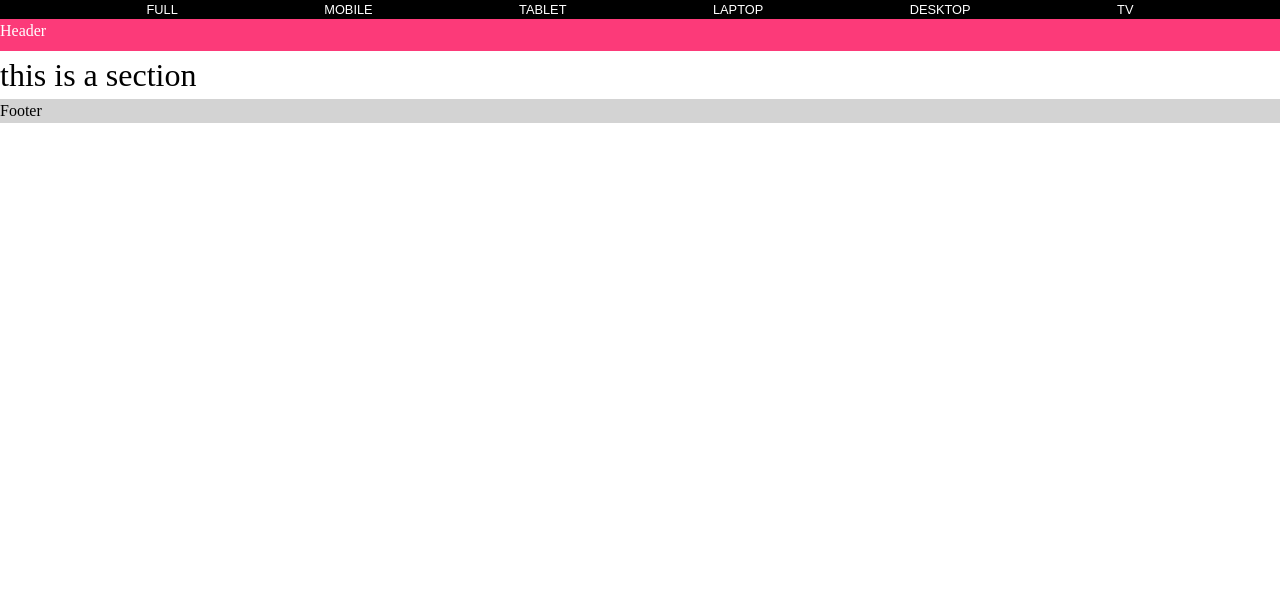
Repository: Terrycoco/coco-playground
Page: /
An editor plug-in stored every save of this project. The page is shown before and after the next save, followed by the edit.
The browser window is 1280 px wide. The pictures show the whole page.
The project was rebuilt for these pictures with package versions that can differ from the ones it lists, and the page was loaded fresh each time. The framework's server and built-in components were replaced by stand-ins that run in the browser. Also part of the build but not shown: next.config.js.

Above is the page before, as saved 2023-03-20 08:53:45.

### src/app/layout.js
//THIS FILE DEFINES BASIC HTML FOR WHOLE SITE
//YOU CAN OVERWRITE ANY METADATA IN INDIVIDUAL ROUTES ALSO
"use client";
import { Providers } from "./store/provider";
import "./globals.css";
import Header from "@/components/layout/Header.js";
import DeviceHeader from "@/components/layout/DeviceHeader";
import Footer from "@/components/layout/Footer";
import ScreenEmulator from "@/components/layout/ScreenEmulator";

//can't use metadata on files that use client
// export const metadata = {
//   title: "Theme Playground",
//   description: "Theme Playground By Coco",
// };

export default function RootLayout({ children }) {
  return (
    <html lang="en">
      <head>
        <title>Coco Theme Playground</title>
      </head>

      <body>
        <Providers>
          <>
            <DeviceHeader />
            <Header />
            {children}
            <Footer />
          </>
        </Providers>
      </body>
    </html>
  );
}

### src/app/page.js
"use client";
import { useSelector, useDispatch } from "react-redux";
import { selectTheme } from "./store/slices/themeSlice";

export default function Page() {
  const theme = useSelector(selectTheme);
  console.log("page recd theme:", theme);
  return (
    <main>
      <section>this is a section</section>
    </main>
  );
}

// <section id="theme" style={getContainerStyle("section")}>
// <h1 style={getHStyle("h1")}>
//   This the result of your Theme{"   "}
//   <span style={styles.smgray}>(h1)</span>
// </h1>
// <h2 style={getHStyle("h2")}>
//   Your Default Styles Are Shown{"   "}
//   <span style={styles.smgray}>(h2)</span>
// </h2>
// <h3 style={getHStyle("h3")}>
//   You selected {`${levCount - 1}`} levels of headings.
//   <span style={styles.smgray}>(h3)</span>
// </h3>

// <h4 style={getHStyle("h4")}>
//   I am a heading level 4 {"   "}
//   <span style={styles.smgray}>(h4)</span>
// </h4>

// <h5 style={getHStyle("h5")}>
//   I am a heading level 5{"   "}
//   <span style={styles.smgray}>(h5)</span>
// </h5>

// <h6 style={getHStyle("h6")}>
//   I am a heading level 6{"   "}
//   <span style={styles.smgray}>(h6)</span>
// </h6>

// <p data-el="p" style={getTextStyle("p")}>
//   Your theme settings will show up here. These are the default styles
//   for each element, which will be consistent across your project. You
//   can, of course, alter them for individual elements as you see fit.{" "}
//   <span style={styles.smgray}>(p)</span>
// </p>
// <p data-el="p" style={getTextStyle("p")}>
//   This is the paragraph element. To set the font scale among the
//   different headings and at different screen resolutions, go to{" "}
//   <b>SCALE</b>. The rest of the paragraph settings can be found by
//   clicking <b>TEXT</b> <span style={styles.smgray}>(p)</span>
// </p>

// <p data-el="p" style={getTextStyle("p")}>
//   Don't like the spacing? Click <b>CONTAINERS</b> to set default padding
//   and margins for container elements like sections, the header and
//   footer, between paragraphs, etc.{" "}
//   <span style={styles.smgray}>(p)</span>
// </p>
// </section>
// <section id="colors" style={getContainerStyle("section")}>
// <h1 style={getHStyle("h1")}>
//   This the result of your Theme{"   "}
//   <span style={styles.smgray}>(h1)</span>
// </h1>
// <h2 style={getHStyle("h2")}>
//   Your Default Styles Are Shown{"   "}
//   <span style={styles.smgray}>(h2)</span>
// </h2>
// <h3 style={getHStyle("h3")}>
//   You selected {`${levCount - 1}`} levels of headings.
//   <span style={styles.smgray}>(h3)</span>
// </h3>

// <h4 style={getHStyle("h4")}>
//   I am a heading level 4 {"   "}
//   <span style={styles.smgray}>(h4)</span>
// </h4>

// <h5 style={getHStyle("h5")}>
//   I am a heading level 5{"   "}
//   <span style={styles.smgray}>(h5)</span>
// </h5>

// <h6 style={getHStyle("h6")}>
//   I am a heading level 6{"   "}
//   <span style={styles.smgray}>(h6)</span>
// </h6>

// <p data-el="p" style={getTextStyle("p")}>
//   Your typography styles will show up here. These are the default styles
//   for each element, which will be consistent across your project. You
//   can, of course, alter them for individual elements as you see fit.{" "}
//   <span style={styles.smgray}>(p)</span>
// </p>
// <p data-el="p" style={getTextStyle("p")}>
//   This is the paragraph element. To set the font scale among the
//   different headings and at different screen resolutions, go to{" "}
//   <b>SCALE</b>. The rest of the paragraph settings can be found by
//   clicking <b>TYPOGRAPHY</b> <span style={styles.smgray}>(p)</span>
// </p>

// <p data-el="p" style={getTextStyle("p")}>
//   Don't like the spacing? Click <b>SPACING</b> to set default padding
//   and margins for elements like sections, the header and footer, between
//   paragraphs, etc. <span style={styles.smgray}>(p)</span>
// </p>
// </section>

### src/app/store/provider.js
"use client";

import { Provider } from "react-redux";
import store from "./store";

export function Providers({ children }) {
  return <Provider store={store}>{children}</Provider>;
}

### src/app/globals.css
@import "./reset.css";

:root {
  font-size: 1rem;
}
body {
  margin: 0;
  min-height: 100vh;
}

header {
  background-color: black;
  color: white;
}

footer {
  background-color: lightgray;
  color: black;
}

section {
  font-size: 2rem;
}

### src/components/layout/Header.js
"use client";
import React from "react";
import { useSelector } from "react-redux";
import { selectTheme } from "@/slices/themeSlice";
import { selectVariables } from "@/slices/variablesSlice";

function Header() {
  const theme = useSelector(selectTheme);
  const variables = useSelector(selectVariables);

  const getHeaderStyles = () => {
    let styles = { ...theme.containers.header };
    styles.backgroundColor = variables[styles.backgroundColor];
    return styles;
  };

  return <header style={getHeaderStyles()}>Header</header>;
}

export default Header;

### src/components/layout/DeviceHeader.js
"use client";
import { useState, useEffect } from "react";
import { useSelector, useDispatch } from "react-redux";
import {
  selectCurrentDevice,
  updateCurrentDevice,
  updateIsFullScreen,
  selectIsFullScreen,
} from "@/slices/uiSlice";
import { selectDevices } from "@/slices/themeSlice";
import css from "./layout.module.css";

const DeviceHeader = () => {
  const currentDevice = useSelector(selectCurrentDevice);
  const fullScreen = useSelector(selectIsFullScreen);
  const dispatch = useDispatch();
  const devices = useSelector(selectDevices);
  const [userSize, setUserSize] = useState();
  const [userDevice, setUserDevice] = useState();

  useEffect(() => {
    setUserSize(window.innerWidth); //TODO MAKE RESPONSIVE
    setUserDevice(getUserDevice(window.innerWidth, devices));
  }, []);

  const styles = {
    header: {
      fontFamily: "Arial",
    },
    menu: {
      display: "flex",
      flexDirection: "row",
      justifyContent: "space-evenly",
    },
    li: {
      textTransform: "uppercase",
      fontSize: ".8rem",
    },
  };

  const handleSelect = (e) => {
    const dev = e.target.id;
    if (dev === "full") {
      dispatch(updateIsFullScreen(true));
      dispatch(updateCurrentDevice(userDevice));
    } else {
      dispatch(updateCurrentDevice(dev));
      dispatch(updateIsFullScreen(false));
    }
  };

  return (
    <header style={styles.header}>
      <menu style={styles.menu}>
        <li
          id="full"
          style={styles.li}
          onClick={handleSelect}
          className={css.li}
        >
          Full
        </li>
        <li id="mobile" style={styles.li} className={css.li}>
          mobile
        </li>
        <li id="tablet" style={styles.li} className={css.li}>
          tablet
        </li>
        <li id="laptop" style={styles.li} className={css.li}>
          laptop
        </li>
        <li id="desktop" style={styles.li} className={css.li}>
          desktop
        </li>
        <li id="tv" style={styles.li} className={css.li}>
          tv
        </li>
      </menu>
    </header>
  );
};

export default DeviceHeader;

function getUserDevice(size, devices) {
  for (const d in devices) {
    if (devices[d].min <= size && size <= devices[d].max) {
      return d;
    }
  }
}

### src/components/layout/Footer.js
"use client";
import React from "react";

const Footer = () => {
  return <footer>Footer</footer>;
};

export default Footer;

### src/app/store/slices/themeSlice.js
"use client";

import { createSlice, createSelector } from "@reduxjs/toolkit";
import { HYDRATE } from "next-redux-wrapper";
import { currentTheme } from "@/themes";

const initialState = {
  headingCount: currentTheme.headingCount,
  fonts: currentTheme.fonts,
  colors: currentTheme.colors,
  colorVariants: currentTheme.colorVariants,
  devices: currentTheme.devices,
  deviceElements: currentTheme.deviceElements,
  text: currentTheme.text,
  containers: currentTheme.containers,
};

export const themeSlice = createSlice({
  name: "theme",
  initialState,
  reducers: {
    updateText(state, action) {
      state.text[action.payload.element][action.payload.propName] =
        action.payload.value;
    },

    extraReducers: {
      [HYDRATE]: (state, action) => {
        return {
          ...state,
          ...action.payload.theme,
        };
      },
    },
  },
});

export const { updateText } = themeSlice.actions;
export const selectTheme = (state) => state.theme;
export const selectText = (state) => state.theme.text;
export const selectDevices = (state) => state.theme.devices;
export const selectDeviceElements = (state) => state.theme.deviceElements;
export default themeSlice.reducer;

### src/app/store/store.js
"use client"; //anything that will access redux must use client
import { configureStore } from "@reduxjs/toolkit";
import { themeSlice } from "./slices/themeSlice";
import { variablesSlice } from "./slices/variablesSlice";
import { uiSlice } from "./slices/uiSlice";

// config the store
const store = configureStore({
  reducer: {
    [themeSlice.name]: themeSlice.reducer,
    [variablesSlice.name]: variablesSlice.reducer,
    [uiSlice.name]: uiSlice.reducer,
  },
});

// export default the store
console.log("store:", store.getState());
export default store;

### src/app/reset.css
/* Box sizing rules */
*,
*::before,
*::after {
  box-sizing: border-box;
}

/* Remove default margin */
main,
html,
body,
h1,
h2,
h3,
h4,
h5,
h6,
p,
figure,
blockquote,
dl,
dd {
  margin: 0;
  padding: 0;
}

/* Remove list styles on ul, ol elements with a list role, which suggests default styling will be removed */
ul,
menu,
ol {
  list-style: none;
}

/* remove discs from list items */
li {
  list-style-type: none;
}

/* Set core root defaults */
html:focus-within {
  scroll-behavior: smooth;
}

/* Set core body defaults */
body {
  min-height: 100vh;
  text-rendering: optimizeSpeed;
  line-height: 1.5;
}

/* A elements that don't have a class get default styles */
a:not([class]) {
  text-decoration-skip-ink: auto;
}

/* Make images easier to work with */
img,
picture {
  max-width: 100%;
  display: block;
}

menu {
  margin-block-start: 0em;
  margin-block-end: 0em;
  margin-inline-start: 0px;
  margin-inline-end: 0px;
  padding-inline-start: 0px;
}

/* Inherit fonts for inputs and buttons */
input,
button,
textarea,
select {
  font: inherit;
}

/* remove any default font props */
body,
h1,
h2,
h3,
h4,
h5,
h6,
p {
  letter-spacing: normal;
  word-spacing: normal;
  line-height: 1.5;
  font-optical-sizing: auto;
}

/* Remove all animations, transitions and smooth scroll for people that prefer not to see them */
@media (prefers-reduced-motion: reduce) {
  html:focus-within {
    scroll-behavior: auto;
  }

  *,
  *::before,
  *::after {
    animation-duration: 0.01ms !important;
    animation-iteration-count: 1 !important;
    transition-duration: 0.01ms !important;
    scroll-behavior: auto !important;
  }
}

### src/app/store/slices/variablesSlice.js
import { createSlice } from "@reduxjs/toolkit";
import { HYDRATE } from "next-redux-wrapper";
import { currentTheme } from "@/themes";
import { updateColor, updateFont } from "@/app/store/sharedActions";

function toCSS(key) {
  var result = key.replace(/([A-Z])/g, " $1");
  return result.split(" ").join("-").toLowerCase();
}

const getFontVariable = (fontName) => {
  let str = fontName.replaceAll(" ", "-").toLowerCase();
  return `var(--font-${str})`;
};

const loadInitVariables = () => {
  let variables = {};
  let section, prefix;

  //fonts
  section = "fonts";
  prefix = "var(--font-";
  for (const key in currentTheme[section]) {
    variables[`${prefix}${key})`] = getFontVariable(currentTheme[section][key]);
  }

  //colors
  section = "colors";
  prefix = "var(--clr-";
  for (const key in currentTheme[section]) {
    variables[`${prefix}${key})`] = toCSS(currentTheme[section][key]);
  }

  //color variants
  section = "colorVariants";
  prefix = "var(--clr-";
  for (const key in currentTheme[section]) {
    variables[`${prefix}${key})`] = toCSS(currentTheme[section][key]);
  }

  return variables;
};

const initialState = loadInitVariables();

export const variablesSlice = createSlice({
  name: "variables",
  initialState,
  reducers: {
    updateVariable(state, action) {
      state[action.payload.key] = action.payload.value;
    },
  },
  extraReducers: (builder) => {
    builder
      .addCase(updateColor, (state, action) => {
        action.payload.map((obj) => {
          state[obj.themeVar] = obj.value;
        });
      })
      .addCase(updateFont, (state, action) => {
        console.log("got here:", action.payload);
        //theme variable (ie body) has been updated to another font
        state[action.payload.themeVar] = action.payload.fontVar;
      });
  },
});

export const { updateVariable } = variablesSlice.actions;
export const selectVariables = (state) => state.variables;
export default variablesSlice.reducer;

### src/app/store/slices/uiSlice.js
"use client";

//slice for ui state

import { createSlice, createSelector } from "@reduxjs/toolkit";
import { HYDRATE } from "next-redux-wrapper";

const initialState = {
  currentForm: "",
  currentDevice: "",
  isFullScreen: true,
  isDrawerOpen: false,
  currentTab: 1,
};

export const uiSlice = createSlice({
  name: "ui",
  initialState,
  reducers: {
    updateCurrentForm(state, action) {
      state.currentForm = action.payload;
    },
    updateCurrentTab(state, action) {
      state.currentTab = action.payload;
    },
    updateCurrentDevice(state, action) {
      state.currentDevice = action.payload;
    },
    updateIsDrawerOpen(state, action) {
      state.isDrawerOpen = action.payload;
    },
    updateIsFullScreen(state, action) {
      state.isFullScreen = action.payload;
    },

    extraReducers: {
      [HYDRATE]: (state, action) => {
        return {
          ...state,
          ...action.payload.ui,
        };
      },
    },
  },
});

export const {
  updateCurrentForm,
  updateCurrentDevice,
  updateCurrentTab,
  updateIsDrawerOpen,
  updateIsFullScreen,
} = uiSlice.actions;
export const selectCurrentDevice = (state) => state.currentDevice;
export const selectCurrentTab = (state) => state.currentTab;
export const selectCurrentForm = (state) => state.currentForm;
export const selectIsDrawerOpen = (state) => state.isDrawerOpen;
export const selectIsFullScreen = (state) => state.isFullScreen;
export default uiSlice.reducer;

### src/components/layout/layout.module.css
.li:hover {
  font-weight: 700;
}

### src/themes/index.js
import init from "./init";

module.exports = { currentTheme: init };

### src/app/store/sharedActions.js
import { createAction } from "@reduxjs/toolkit";
const varKeys = [75, 50, 25, 10, 5];

const updateColor = createAction("UPDATE_COLOR", function prepare(obj) {
  //any time theme color is updated, so are variants so pass those in with the payload
  console.log("shared updateColor", obj);
  let key = obj.key;
  let payloadVal = [];
  let newhex = obj.value;
  if (key !== "error" && key !== "whitish") {
    varKeys.map((pct) => {
      let variantKey = `${key}${pct}`;
      let val = getPctOfHex(newhex, pct);
      payloadVal.push({
        key: variantKey,
        value: val,
        section: "variants",
        themeVar: `var(--clr-${variantKey})`,
      });
    });
  }
  //push original one
  payloadVal.push({
    key: key,
    value: newhex,
    section: "themed",
    themeVar: `var(--clr-${key})`,
  });
  //console.log("newpayload:", payloadVal);
  return { payload: payloadVal };
});

const updateFont = createAction("UPDATE_FONT", function prepare(obj) {
  console.log("fontobj:", obj);
  /*shape of font payload
      propName: "body",
      name: "Gelasio",
      themeVar: "var(--font-body)",
      fontVar: "var(--font-gelasio)" */

  return { payload: obj };
});

module.exports = { updateColor, updateFont };

// util functions to calculate variant values --------------
function hexToHSL(H) {
  // Convert hex to RGB first
  let r = 0,
    g = 0,
    b = 0;
  if (H.length == 4) {
    r = "0x" + H[1] + H[1];
    g = "0x" + H[2] + H[2];
    b = "0x" + H[3] + H[3];
  } else if (H.length == 7) {
    r = "0x" + H[1] + H[2];
    g = "0x" + H[3] + H[4];
    b = "0x" + H[5] + H[6];
  }
  // Then to HSL
  r /= 255;
  g /= 255;
  b /= 255;
  let cmin = Math.min(r, g, b),
    cmax = Math.max(r, g, b),
    delta = cmax - cmin,
    h = 0,
    s = 0,
    l = 0;

  if (delta == 0) h = 0;
  else if (cmax == r) h = ((g - b) / delta) % 6;
  else if (cmax == g) h = (b - r) / delta + 2;
  else h = (r - g) / delta + 4;

  h = Math.round(h * 60);

  if (h < 0) h += 360;

  l = (cmax + cmin) / 2;
  s = delta == 0 ? 0 : delta / (1 - Math.abs(2 * l - 1));
  s = +(s * 100).toFixed(1);
  l = +(l * 100).toFixed(1);

  return { h: h, s: s, l: l };
}
function getPctOfHex(hex, pct) {
  //incoming pct is pct opacity of orig color
  let inverted = 100 - pct;
  //convert incoming to hsl
  let hsl = hexToHSL(hex);

  //current lightness is 0%;
  let currentLightPct = hsl.l;
  let remainingLightPct = 100 - currentLightPct;
  let onepct = remainingLightPct / 100;
  let desiredPct = onepct * inverted + currentLightPct;
  let result = HSLToHex(hsl.h, hsl.s, desiredPct);
  return result;
}
function HSLToHex(h, s, l) {
  s /= 100;
  l /= 100;

  let c = (1 - Math.abs(2 * l - 1)) * s,
    x = c * (1 - Math.abs(((h / 60) % 2) - 1)),
    m = l - c / 2,
    r = 0,
    g = 0,
    b = 0;

  if (0 <= h && h < 60) {
    r = c;
    g = x;
    b = 0;
  } else if (60 <= h && h < 120) {
    r = x;
    g = c;
    b = 0;
  } else if (120 <= h && h < 180) {
    r = 0;
    g = c;
    b = x;
  } else if (180 <= h && h < 240) {
    r = 0;
    g = x;
    b = c;
  } else if (240 <= h && h < 300) {
    r = x;
    g = 0;
    b = c;
  } else if (300 <= h && h < 360) {
    r = c;
    g = 0;
    b = x;
  }
  // Having obtained RGB, convert channels to hex
  r = Math.round((r + m) * 255).toString(16);
  g = Math.round((g + m) * 255).toString(16);
  b = Math.round((b + m) * 255).toString(16);

  // Prepend 0s, if necessary
  if (r.length == 1) r = "0" + r;
  if (g.length == 1) g = "0" + g;
  if (b.length == 1) b = "0" + b;

  return "#" + r + g + b;
}

### src/themes/init.js
//to use, import this file and set this as currentTheme in /src/themes/index
const headingCount = 1;

const fonts = {
  body: "Times",
  display: "Times",
  special: "Times",
  mono: "Times",
  forms: "Arial",
};

const deviceElements = {
  mobile: {
    body: {
      fontSize: "18",
      lineHeight: "1.5",
    },
    h1: {
      fontSize: "40",
      lineHeight: "1.16",
    },
  },
  tablet: {
    body: {
      fontSize: "19",
      lineHeight: "1.5",
    },
    h1: {
      fontSize: "40",
      lineHeight: "1.16",
    },
  },
  laptop: {
    body: {
      fontSize: "20",
      lineHeight: "1.329",
    },
    h1: {
      fontSize: "52",
      lineHeight: "1.16",
    },
  },
  desktop: {
    body: {
      fontSize: "24",
      lineHeight: "1.345",
    },
    h1: {
      fontSize: "57",
      lineHeight: "1.16",
    },
  },

  tv: {
    body: {
      fontSize: "28",
      lineHeight: "1.391",
    },
    h1: {
      fontSize: "67",
      lineHeight: "1.031",
    },
  },
};

const devices = {
  mobile: {
    min: 320,
    max: 479,
  },

  tablet: {
    min: 480,
    max: 767,
  },

  laptop: {
    min: 768,
    max: 1023,
  },

  desktop: {
    min: 1024,
    max: 1999,
  },

  tv: {
    min: 1200,
    max: 9999,
  },
};

const colors = {
  primary: "#fc3a79",
  secondary: "#fe572e",
  blackish: "#261f22",
  whitish: "#f5f5f4",
  error: "#dc2626",
};

const colorVariants = {
  primary75: "#fd6b99",
  primary50: "#fe9dbb",
  primary25: "#fecedd",
  primary10: "#ffebf1",
  primary5: "#fff5f8",
  secondary75: "#fe8162",
  secondary50: "#feab96",
  secondary25: "#ffd5cb",
  secondary10: "#ffeeea",
  secondary5: "#fff7f5",
  blackish75: "#635158",
  blackish50: "#9c868f",
  blackish25: "#cdc2c7",
  blackish10: "#ebe7e9",
  blackish5: "#f5f3f4",
};

const containers = {
  header: {
    backgroundColor: "var(--clr-primary)",
    height: "2rem",
    paddingRight: "0rem",
    paddingLeft: "0rem",
  },
  main: {
    paddingTop: "2rem",
    paddingRight: "0rem",
    paddingBottom: "0rem",
    paddingLeft: "0rem",
  },
  section: {
    paddingTop: "0rem",
    paddingRight: "0rem",
    paddingBottom: "0rem",
    paddingLeft: "0rem",
  },
  article: {
    paddingTop: "0rem",
    paddingRight: "0rem",
    paddingBottom: "0rem",
    paddingLeft: "0rem",
  },
  aside: {
    paddingTop: "0rem",
    paddingRight: "0rem",
    paddingBottom: "0rem",
    paddingLeft: "0rem",
  },
  footer: {
    backgroundColor: "var(--clr-primary50)",
    color: "var(--clr-blackish)",
    height: "0rem",
    paddingTop: "0rem",
    paddingRight: "0rem",
    paddingBottom: "0rem",
    paddingLeft: "0rem",
  },
};

const text = {
  p: {
    color: "var(--clr-blackish)",
    fontFamily: "var(--font-body)",
    fontWeight: "400",
    fontSize: "var(--fs-body)",
    lineHeight: "var(--lh-body)",
    letterSpacing: "0px",
    wordSpacing: "0px",
    maxWidth: "60ch",
    marginBottom: "1rem",
  },

  h1: {
    color: "var(--clr-blackish)",
    fontFamily: "var(--font-display)",
    fontWeight: "400",
    fontSize: "var(--fs-h1)",
    lineHeight: "var(--lh-h1)",
    letterSpacing: "-1.5px",
    wordSpacing: "-5px",
    maxWidth: "60ch",
    marginBottom: "1rem",
  },

  h2: {
    color: "var(--clr-blackish)",
    fontFamily: "var(--font-display)",
    fontWeight: "400",
    fontSize: "var(--fs-h2)",
    lineHeight: "var(--lh-h2)",
    letterSpacing: "-1.5px",
    wordSpacing: "-5px",
    maxWidth: "60ch",
    marginBottom: "1rem",
  },

  h3: {
    color: "var(--clr-blackish)",

    fontFamily: "var(--font-display)",

    fontWeight: "400",

    fontSize: "1rem",

    lineHeight: "150%",

    letterSpacing: "-1.5px",

    wordSpacing: "-5px",
    maxWidth: "60ch",
    marginBottom: "1rem",
  },

  h4: {
    color: "var(--clr-blackish)",

    fontFamily: "var(--font-display)",

    fontWeight: "400",

    fontSize: "1rem",

    lineHeight: "150%",

    letterSpacing: "-1.5px",

    wordSpacing: "-5px",
    maxWidth: "60ch",
    marginBottom: "1rem",
  },

  h5: {
    color: "var(--clr-blackish)",

    fontFamily: "var(--font-display)",

    fontWeight: "400",

    fontSize: "1rem",

    lineHeight: "150%",

    letterSpacing: "-1.5px",

    wordSpacing: "-5px",
    maxWidth: "60ch",
    marginBottom: "1rem",
  },

  h6: {
    color: "var(--clr-blackish)",

    fontFamily: "var(--font-display)",

    fontWeight: "400",

    fontSize: "1rem",

    lineHeight: "150%",

    letterSpacing: "-1.5px",

    wordSpacing: "-5px",
    marginBottom: "1rem",
  },

  small: {
    color: "var(--clr-blackish)",
    fontFamily: "var(--font-forms)",
    fontWeight: "400",
    fontSize: "var(--fs-sm)",
    lineHeight: "1",
    letterSpacing: "-1.5px",
    wordSpacing: "-5px",
    maxWidth: "60ch",
    marginBottom: "0rem",
  },
};

const theme = {
  headingCount,
  colors,
  colorVariants,
  fonts,
  deviceElements,
  devices,
  containers,
  text,
};

module.exports = {
  headingCount,
  colors,
  colorVariants,
  fonts,
  deviceElements,
  devices,
  containers,
  text,
  theme,
};

### src/components/layout/ScreenEmulator.js
import { useState, useEffect } from "react";
import { useSelector } from "react-redux";
import { selectCurrentDevice, selectIsFullScreen } from "@/slices/uiSlice";
import { selectDevices, selectDeviceElements } from "@/slices/themeSlice";

const ScreenEmulator = ({ children, ...props }) => {
  const [width, setWidth] = useState("400px");
  const isFullScreen = useSelector(selectIsFullScreen);
  const device = useSelector(selectCurrentDevice);
  const devices = useSelector(selectDevices);
  const [baseFontSize, setBaseFontSize] = useState();
  const fontSizes = useSelector(selectDeviceElements);

  //get some valid heights
  useEffect(() => {
    if (device !== undefined) {
      setWidth(devices[device].min + 100 + "px");
      setBaseFontSize(fontSizes[device].body.fontSize + "px");
    }
  }, [device]);

  const getScreenStyles = () => {
    return {
      border: "1px solid darkgray",
      width: `${width}`,
      fontSize: `${baseFontSize}`,
      paddingLeft: "1rem",
      paddingRight: "2rem",
      paddingTop: "2rem",
      height: "550px",
      overflow: "scroll",
      borderRadius: "10px",
      boxShadow: "rgba(213, 217, 217, 0.5) 0 2px 5px 0",
    };
  };

  if (isFullScreen) return <>{children}</>;
  else return <div style={getScreenStyles()}>{children}</div>;
};

export default ScreenEmulator;

After the next save:
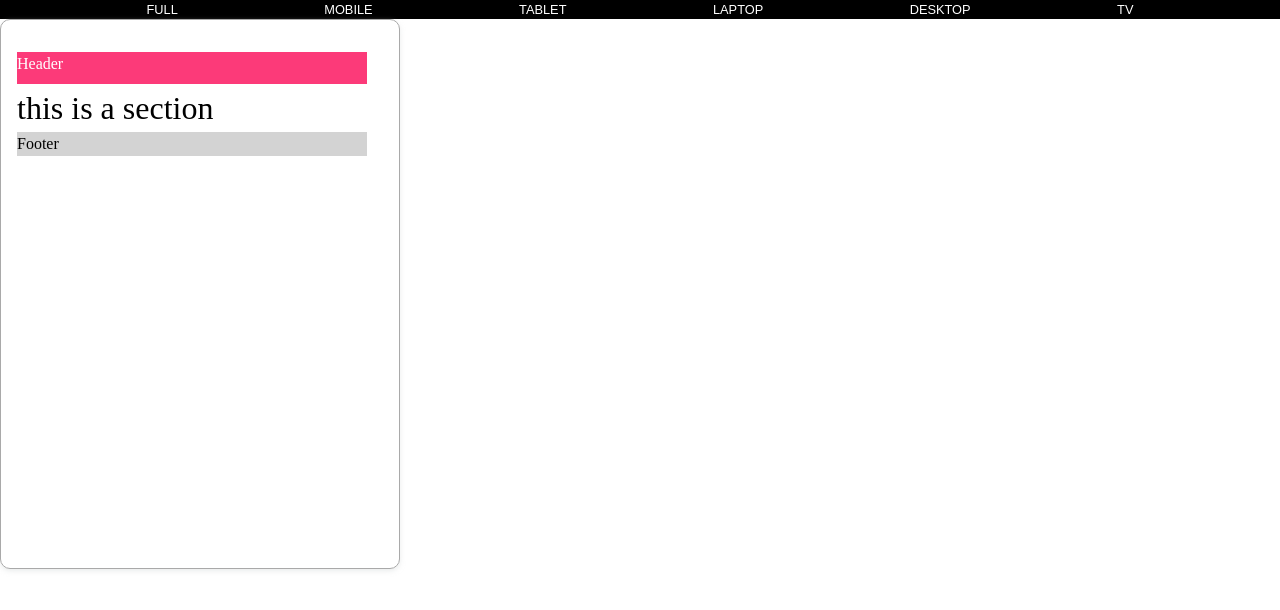
Saved 61 s later.
--- a/src/app/layout.js
+++ b/src/app/layout.js
@@ -25,9 +25,12 @@ export default function RootLayout({ children }) {
         <Providers>
           <>
             <DeviceHeader />
-            <Header />
-            {children}
-            <Footer />
+            <ScreenEmulator>
+              <Header />
+
+              {children}
+              <Footer />
+            </ScreenEmulator>
           </>
         </Providers>
       </body>
